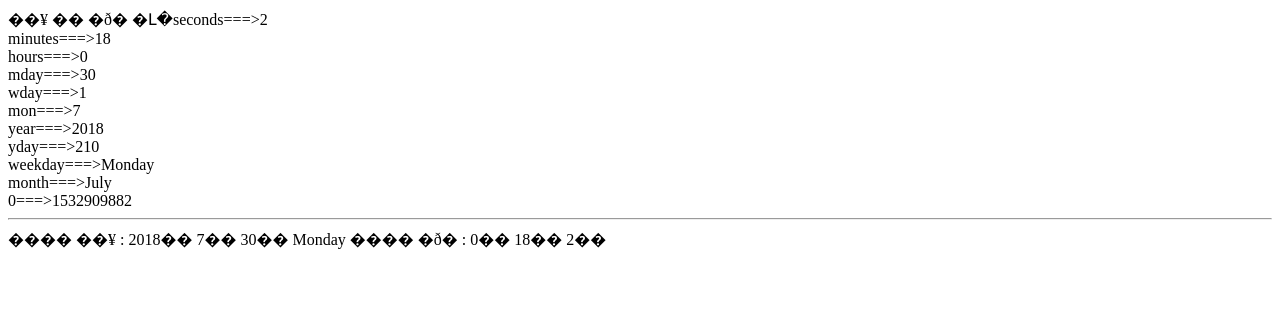
Repository: 2ujin/2018-PHP-afterschool
Page: http://localhost/CH08/01_getdate.php
An editor plug-in stored every save of this project. The page is shown before and after the next save, followed by the edit.
The browser window is 1280 px wide. The pictures show the whole page.
The page is run by PHP 8.4 with error messages shown; the project is at /var/www/html/.

Above is the page before, as saved 2018-08-01 00:31:09.

After the next save:
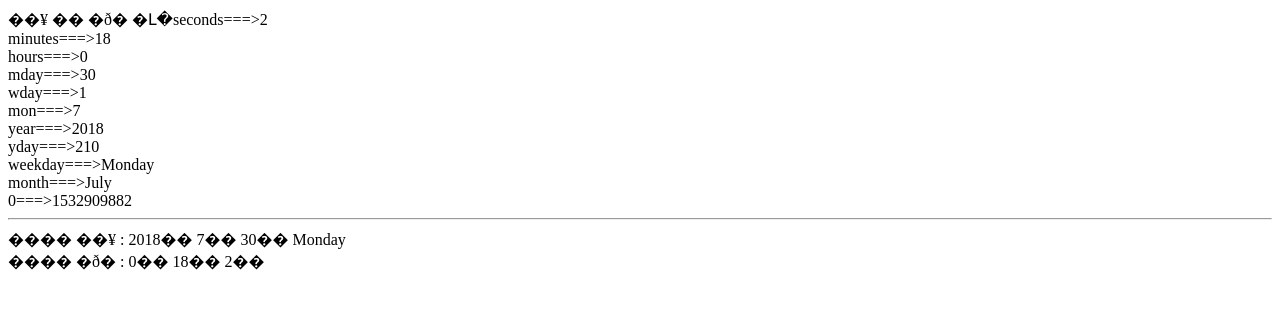
Saved 5 s later.
--- a/PHPStudy/CH08/01_getdate.php
+++ b/PHPStudy/CH08/01_getdate.php
@@ -9,7 +9,7 @@ foreach($today as $key=>$value)
 
     echo "<hr>";
 
-    echo "오늘 날짜 : $today[year]년 $today[mon]월 $today[mday]일 $today[weekday] ";
+    echo "오늘 날짜 : $today[year]년 $today[mon]월 $today[mday]일 $today[weekday] <br> ";
     echo "지금 시간 : $today[hours]시 $today[minutes]분 $today[seconds]초";
 
     ?>
